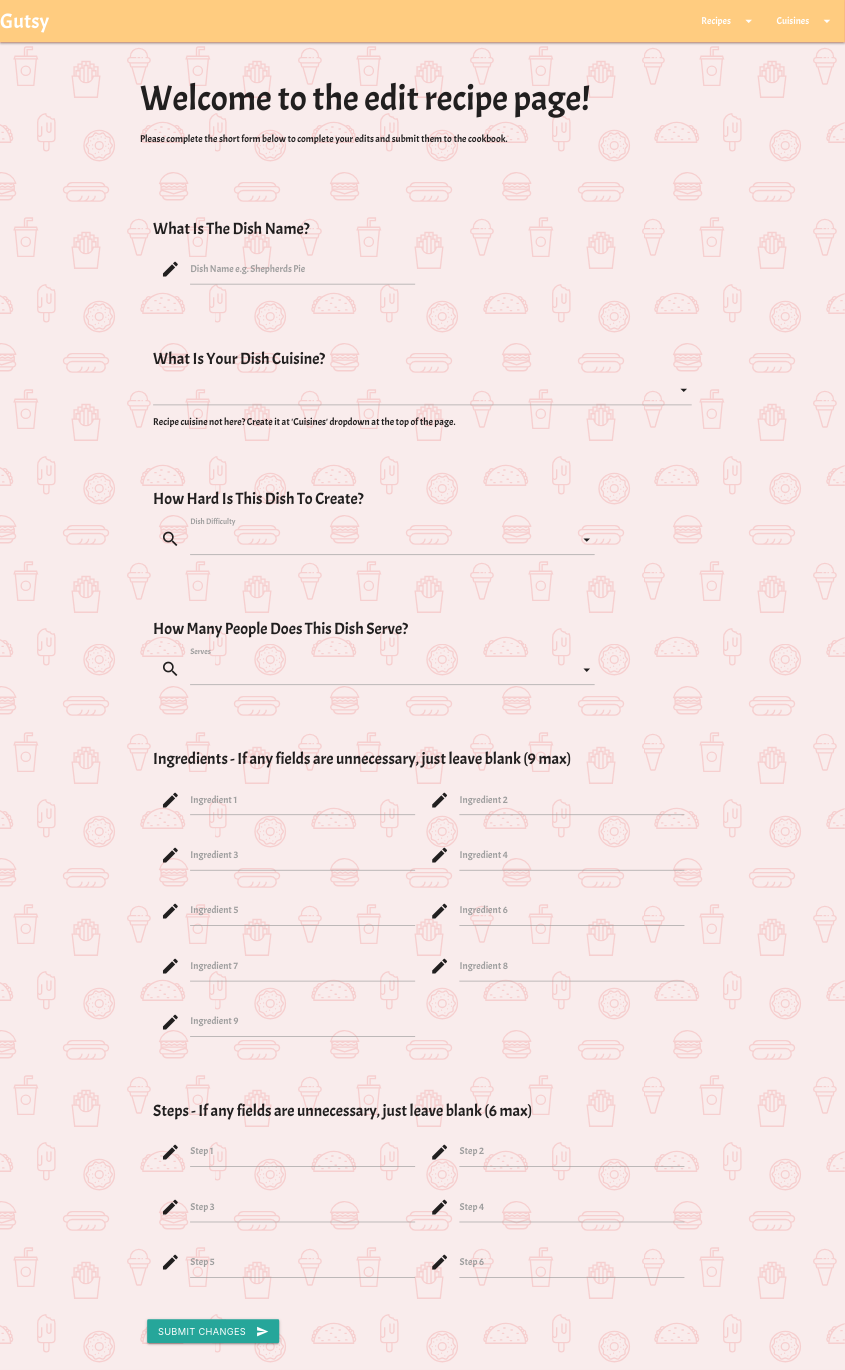
Repository: connor-blackburn/gutsy
Page: templates/edit_recipe.html
The author's editor kept a record of every edit. The page is drawn from the files as they stood at one moment, then again after the next edit.
The browser window is 1280 px wide. The pictures show the whole page, at 66% of full size.
The page is served by the project's application, run on Flask 3 (app.py). The template is opened directly, without the code that normally fills it, so the values that code supplies are empty.

Above is the page before.

After the next edit:
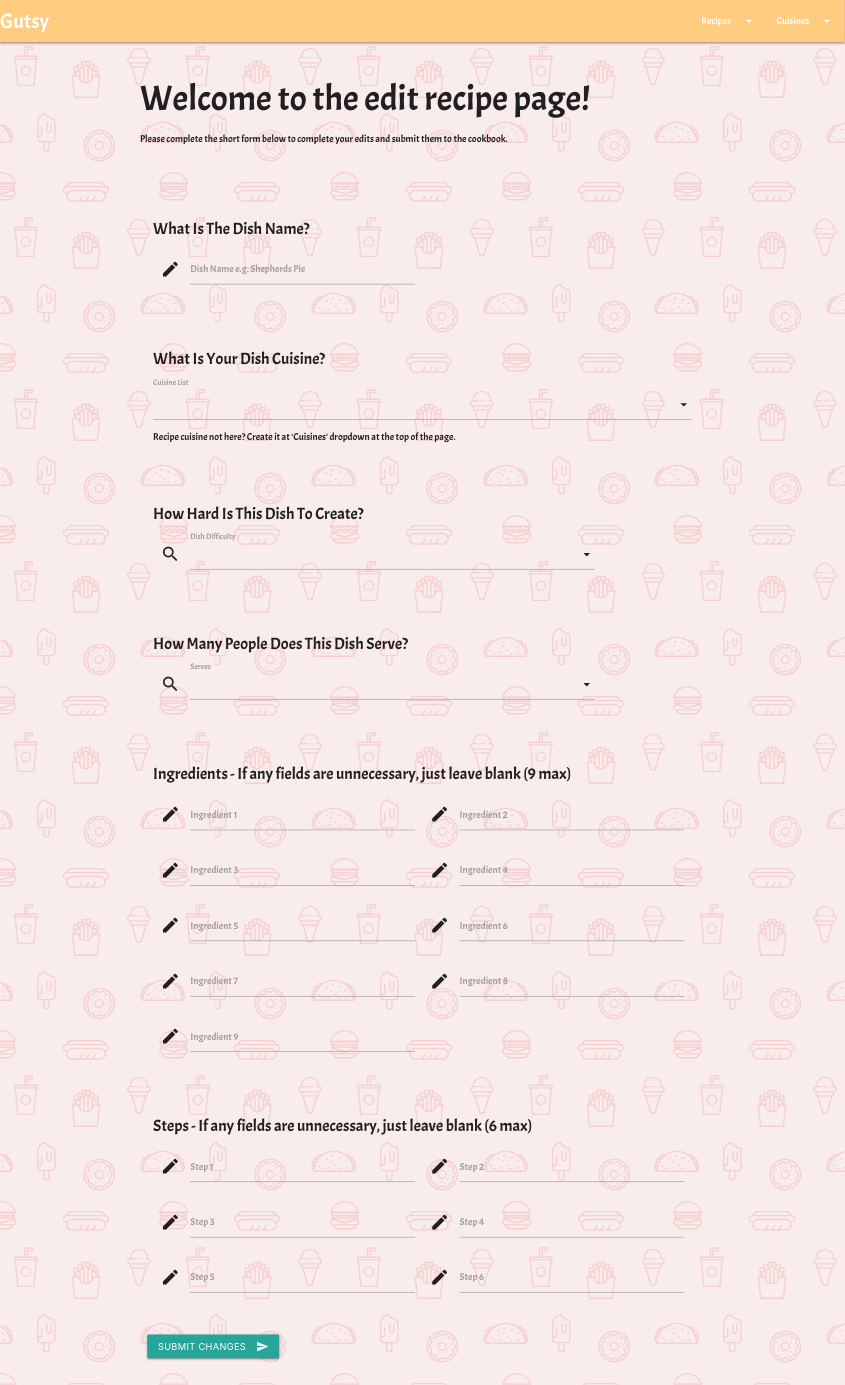
The edit:
--- a/templates/edit_recipe.html
+++ b/templates/edit_recipe.html
@@ -22,6 +22,7 @@
             <!-- A Dropdown Menu Giving A User The Current Selection And All Options To Choose From Regarding Dish Cuisine -->
             <div class="row">
                 <h5>What Is Your Dish Cuisine?</h5>
+                <label>Cuisine List</label>
                 <select id="recipes" name="cuisine_name">
                     {% for cuisine in cuisines %}
                           <option value="{{cuisine.cuisine_name}}" {% if cuisine.cuisine_name == recipe.cuisine_name %}selected{% endif %}>{{cuisine.cuisine_name}}</option>
